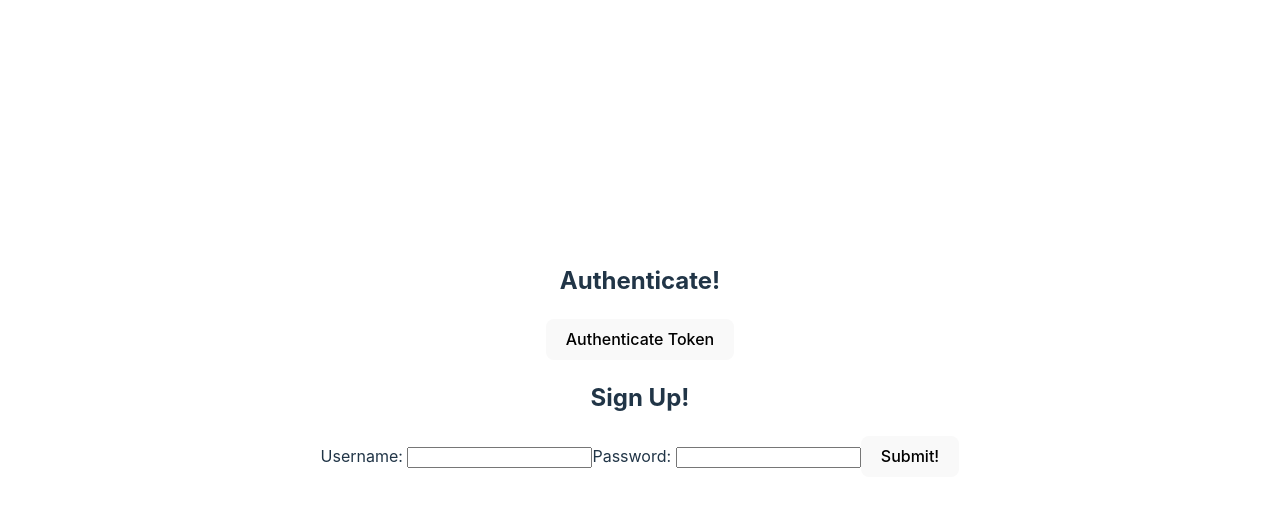
Repository: Andres513/ReactForms
Page: /
These files come from the project's save history. The page is drawn as it stood at one moment and after the next save; the edit follows.
The browser window is 1280 px wide. The pictures show the whole page.
The project was rebuilt for these pictures with package versions that can differ from the ones it lists, and the page was loaded fresh each time. Also part of the build but not shown: vite.config.js.

Above is the page before, as saved 2024-02-18 23:11:57.

After the next save:
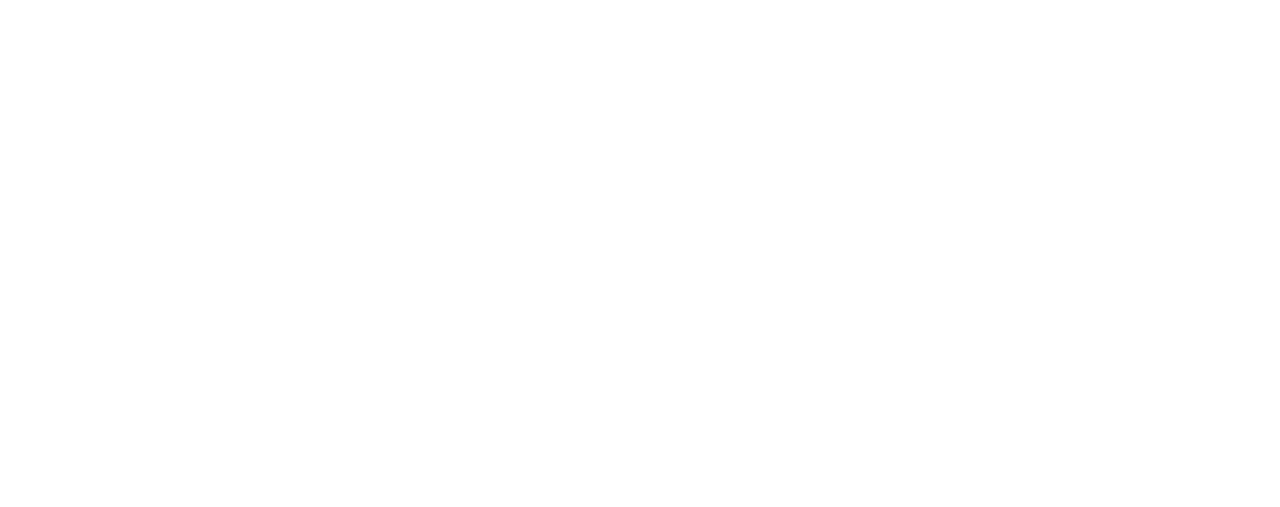
Console error: ReferenceError: useState is not defined
Saved 2 min 13 s later.
--- a/src/components/Authenticate.jsx
+++ b/src/components/Authenticate.jsx
@@ -1,7 +1,7 @@
 
 
 export default function Authenticate({ token }) {
-
+    const [successMessage, setSuccessMessage] = useState(null)
     async function handleClick() {
         try {
             const response = await fetch("https://fsa-jwt-practice.herokuapp.com/signup",

After the 6 saves that followed:
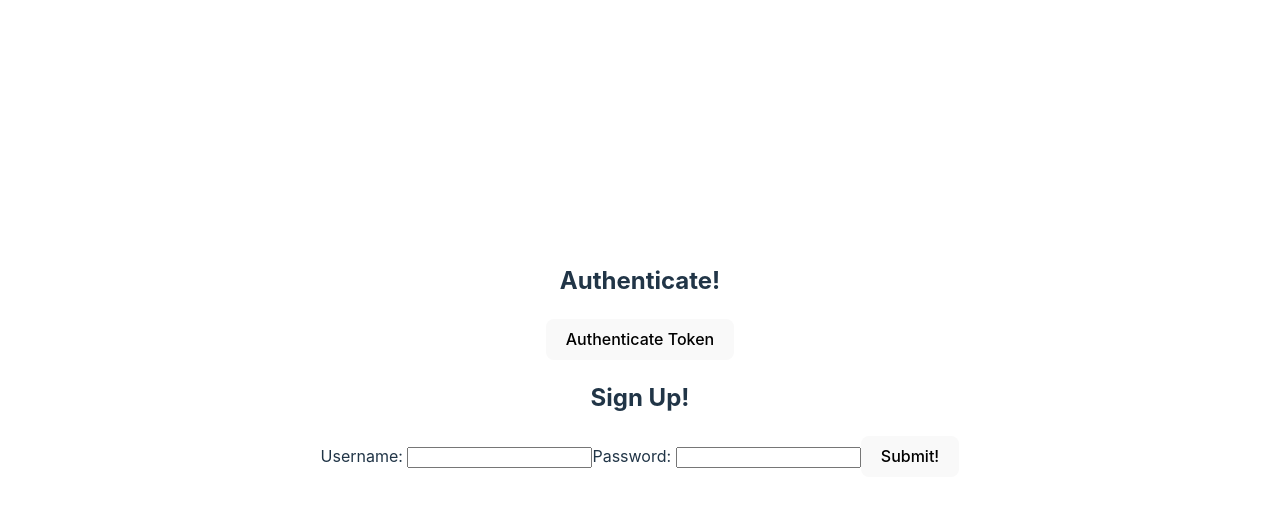
The error is gone.
The 6 saves are shown as one change because 5 left the picture as it was.
The last was saved 8 min 34 s later.
--- a/src/components/Authenticate.jsx
+++ b/src/components/Authenticate.jsx
@@ -1,7 +1,8 @@
-
+import { useState } from "react"
 
 export default function Authenticate({ token }) {
     const [successMessage, setSuccessMessage] = useState(null)
+    const [error, setError] = useState(null)
     async function handleClick() {
         try {
             const response = await fetch("https://fsa-jwt-practice.herokuapp.com/signup",
@@ -14,6 +15,7 @@
             }
             )
             const result = await response.json()
+            setSuccessMessage(result.message)
         } catch (error) {
             setError(error.message)
         }
@@ -22,7 +24,9 @@
     return (
         <>
         <h2>Authenticate!</h2>
+        {successMessage && <p>{successMessage}</p>}
+        {error && <p>{error}</p>}
         <button onClick={handleClick}>Authenticate Token</button>
         </>
-    )
+    );
 }
